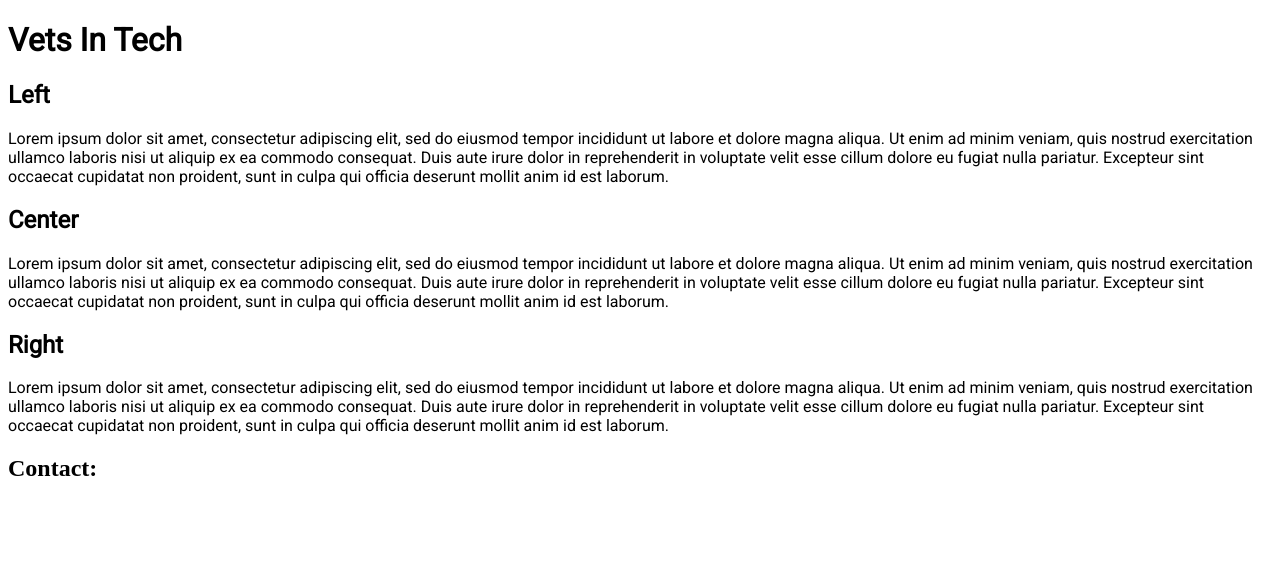
Repository: 3EyEdRav3n/10-2020-cohort-course
Page: week-1/Week-1 Assignment/index.html
These files come from the project's save history. The page is drawn as it stood at one moment and after the next save; the edit follows.
The browser window is 1280 px wide. The pictures show the whole page.

Above is the page before, as saved 2020-11-01 18:31:40.

### week-1/Week-1 Assignment/index.html
<!DOCTYPE html>
<html lang="en">
  <head>
    <meta charset="UTF-8" />
    <meta name="viewport" content="width=device-width, initial-scale=1.0" />
    <link rel="stylesheet" href="./styles.css" />
    <link
      href="https://fonts.googleapis.com/css2?family=Open+Sans&display=swap"
      rel="stylesheet"
    />
    <link
      href="https://fonts.googleapis.com/css2?family=Roboto&display=swap"
      rel="stylesheet"
    />

    <title>VetTech</title>
  </head>
  <body>
    <div class="header">
      <h1>Vets In Tech</h1>
    </div>
    <div class="container">
      <div class="left-col">
        <h2>Left</h2>
        <p>
          Lorem ipsum dolor sit amet, consectetur adipiscing elit, sed do
          eiusmod tempor incididunt ut labore et dolore magna aliqua. Ut enim ad
          minim veniam, quis nostrud exercitation ullamco laboris nisi ut
          aliquip ex ea commodo consequat. Duis aute irure dolor in
          reprehenderit in voluptate velit esse cillum dolore eu fugiat nulla
          pariatur. Excepteur sint occaecat cupidatat non proident, sunt in
          culpa qui officia deserunt mollit anim id est laborum.
        </p>
      </div>
      <div class="center-col">
        <h2>Center</h2>
        <p>
          Lorem ipsum dolor sit amet, consectetur adipiscing elit, sed do
          eiusmod tempor incididunt ut labore et dolore magna aliqua. Ut enim ad
          minim veniam, quis nostrud exercitation ullamco laboris nisi ut
          aliquip ex ea commodo consequat. Duis aute irure dolor in
          reprehenderit in voluptate velit esse cillum dolore eu fugiat nulla
          pariatur. Excepteur sint occaecat cupidatat non proident, sunt in
          culpa qui officia deserunt mollit anim id est laborum.
        </p>
      </div>
      <div class="right-col">
        <h2>Right</h2>
        <p>
          Lorem ipsum dolor sit amet, consectetur adipiscing elit, sed do
          eiusmod tempor incididunt ut labore et dolore magna aliqua. Ut enim ad
          minim veniam, quis nostrud exercitation ullamco laboris nisi ut
          aliquip ex ea commodo consequat. Duis aute irure dolor in
          reprehenderit in voluptate velit esse cillum dolore eu fugiat nulla
          pariatur. Excepteur sint occaecat cupidatat non proident, sunt in
          culpa qui officia deserunt mollit anim id est laborum.
        </p>
      </div>
    </div>
    <div class="footer"></div>
    <h2>Contact:</h2>
  </body>
</html>

### week-1/Week-1 Assignment/styles.css

.header{
        font-family: 'Open Sans', sans-serif;
}
.container{
        font-family: 'Roboto', sans-serif;

}


h1 {
        font-family: 'Roboto', sans-serif;

}

After the next save:
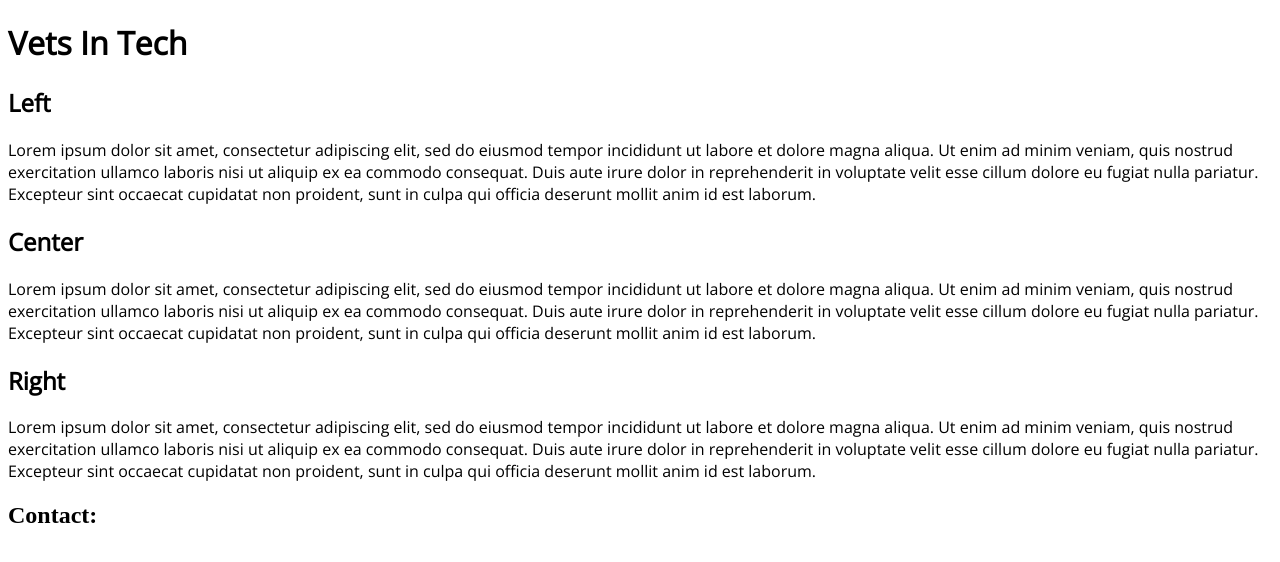
Saved 3 min 13 s later.
--- a/week-1/Week-1 Assignment/styles.css
+++ b/week-1/Week-1 Assignment/styles.css
@@ -1,14 +1,16 @@
 
 .header{
         font-family: 'Open Sans', sans-serif;
+font-family: 'Roboto Slab', serif;
 }
 .container{
-        font-family: 'Roboto', sans-serif;
+
+        font-family: 'Open Sans', sans-serif;
 
 }
 
 
 h1 {
-        font-family: 'Roboto', sans-serif;
+        font-family: 'Open Sans', sans-serif;
 
 }
